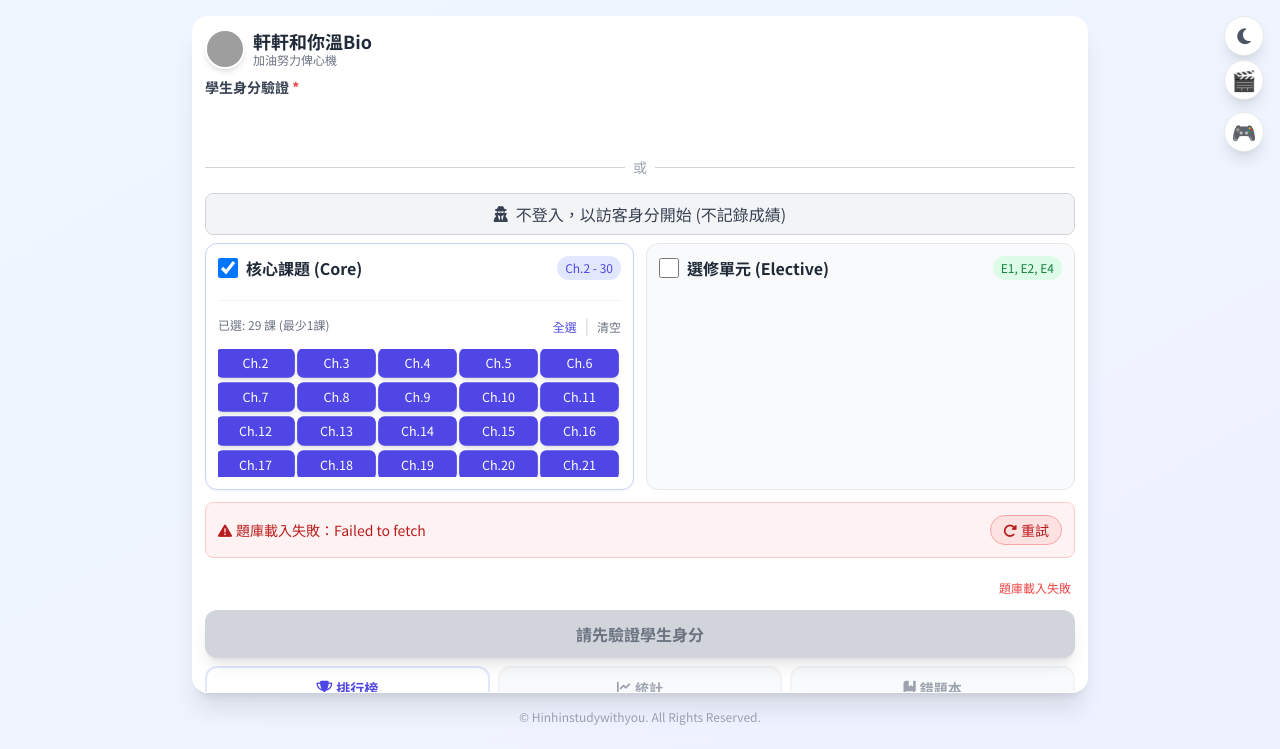
Repository: sohinrick-spec/hinhinstudywithyou
Page: index.html
The author's editor kept a copy of each file at every save. The page is drawn from the files as they stood at one save, then again after the next save.
The browser window is 1280 px wide. The pictures show the whole page.
Pictures or frames that could not be fetched are drawn as grey boxes. The page's requests for data from a server got no answer. Some web libraries are served in a nearby version.

Above is the page before, as saved 2026-06-21 18:26:30.

### index.html
<!DOCTYPE html>
<html lang="zh-HK">
<head>
  <meta charset="UTF-8">
  <meta name="viewport" content="width=device-width, initial-scale=1.0">
  <title>軒軒陪你溫Bio</title>

  <!-- 🆕 防止瀏覽器快取 HTML，確保用戶每次拿到最新版本檢查邏輯 -->
  <meta http-equiv="Cache-Control" content="no-cache, no-store, must-revalidate">
  <meta http-equiv="Pragma" content="no-cache">
  <meta http-equiv="Expires" content="0">
  <script src="https://unpkg.com/react@18/umd/react.production.min.js" crossorigin></script>
  <script src="https://unpkg.com/react-dom@18/umd/react-dom.production.min.js" crossorigin></script>
  <script src="https://unpkg.com/@babel/standalone@7.24.0/babel.min.js"></script>
  <script src="https://cdn.tailwindcss.com"></script>
  <script>
    tailwind.config = {
      darkMode: 'class',
      future: { hoverOnlyWhenSupported: true }
    }
  </script>
  <link rel="stylesheet" href="https://cdnjs.cloudflare.com/ajax/libs/font-awesome/6.4.0/css/all.min.css">
<script src="https://unpkg.com/framer-motion@10.18.0/dist/framer-motion.umd.min.js"></script>
  <script src="https://accounts.google.com/gsi/client" async defer></script>

  <style>
    @import url('https://fonts.googleapis.com/css2?family=Noto+Sans+TC:wght@300;400;500;700&display=swap');
    body { font-family: 'Noto Sans TC', sans-serif; }
    .glass-panel {
      background: rgba(255, 255, 255, 0.95);
      backdrop-filter: blur(10px);
      border: 1px solid rgba(255, 255, 255, 0.2);
    }
    .dark body { background-color: #111827; color: #f3f4f6; }
    .dark .glass-panel {
      background: rgba(31, 41, 55, 0.95);
      border: 1px solid rgba(75, 85, 99, 0.5);
    }
    .custom-scrollbar::-webkit-scrollbar { width: 6px; }
    .custom-scrollbar::-webkit-scrollbar-track { background: #f1f1f1; border-radius: 4px; }
    .custom-scrollbar::-webkit-scrollbar-thumb { background: #c7c7c7; border-radius: 4px; }
    .custom-scrollbar::-webkit-scrollbar-thumb:hover { background: #a8a8a8; }
    .dark .custom-scrollbar::-webkit-scrollbar-track { background: #1f2937; }
    .dark .custom-scrollbar::-webkit-scrollbar-thumb { background: #4b5563; }
    .dark .custom-scrollbar::-webkit-scrollbar-thumb:hover { background: #6b7280; }
    body.logged-in #credential_picker_container,
    body.logged-in iframe[src*="accounts.google.com"],
    body.logged-in .S97_PB-IFa7d {
      display: none !important;
      visibility: hidden !important;
      pointer-events: none !important;
      opacity: 0 !important;
    }
    @keyframes skeleton-pulse {
      0%, 100% { opacity: 1; }
      50% { opacity: 0.45; }
    }
    .skeleton-pulse { animation: skeleton-pulse 1.4s ease-in-out infinite; }

    @keyframes progress-shine {
      0% { background-position: -200% 0; }
      100% { background-position: 200% 0; }
    }
    .progress-shine {
      background: linear-gradient(90deg,
        rgba(255,255,255,0) 0%,
        rgba(255,255,255,0.4) 50%,
        rgba(255,255,255,0) 100%);
      background-size: 200% 100%;
      animation: progress-shine 2s linear infinite;
    }

    @keyframes spin-once {
      from { transform: rotate(0deg); }
      to   { transform: rotate(360deg); }
    }
    .spin-once { animation: spin-once 0.6s ease-in-out; }

    @keyframes bubble-pop {
      0%   { transform: scale(0); opacity: 0; }
      60%  { transform: scale(1.3); opacity: 1; }
      100% { transform: scale(1); opacity: 1; }
    }
    .bubble-pop { animation: bubble-pop 0.4s ease-out; }
    @keyframes rainbow-border {
      0%   { border-color: #f87171; box-shadow: 0 0 0 2px #f87171; }
      16%  { border-color: #fb923c; box-shadow: 0 0 0 2px #fb923c; }
      33%  { border-color: #facc15; box-shadow: 0 0 0 2px #facc15; }
      50%  { border-color: #4ade80; box-shadow: 0 0 0 2px #4ade80; }
      66%  { border-color: #60a5fa; box-shadow: 0 0 0 2px #60a5fa; }
      83%  { border-color: #c084fc; box-shadow: 0 0 0 2px #c084fc; }
      100% { border-color: #f87171; box-shadow: 0 0 0 2px #f87171; }
    }
    @keyframes correct-flash {
      0%   { border-color: #4ade80; box-shadow: 0 0 0 3px #4ade80; }
      100% { border-color: transparent; box-shadow: none; }
    }
    .combo-border-correct {
      animation: correct-flash 0.6s ease-out forwards;
    }
    .combo-border-rainbow {
      animation: rainbow-border 1.5s linear infinite;
    }
  </style>
</head>
<body>
<div id="root"></div>

<!--
  ============================================================
  Source files — loaded in dependency order
  Edit the corresponding src/*.js file, not this index.html
  ============================================================

  src/version-check.js   — 版本檢查系統 (vanilla JS, runs immediately)
  src/config.js          — CONFIG, constants, SHOP_ITEMS, etc.
  src/utils.js           — Pure utility functions + image cache
  src/api.js             — GAS API service object
  src/toast.js           — Toast context + ToastProvider
  src/hooks.js           — All custom React hooks
  src/components.js      — Shared UI components + chart components
  src/screens.js         — StartScreen, FlashCard, Leaderboard,
                           Stats, WrongBook, Shop, Result screens
  src/assignment-screens.js — AssignmentAdminScreen,
                              AssignmentReportScreen
  src/daily-quest.js     — DailyQuestPanel component
  src/app.js             — BiologyFlashcardApp + Root + ReactDOM.render
  src/notification.js    — Daily 08:15 HKT push notification (vanilla JS)
-->

<!-- Version check — vanilla JS, must run before React boots -->
<script src="src/version-check.js"></script>

<!-- All React code compiled together by Babel standalone -->
<script type="text/babel" data-presets="react,env" src="src/config.js"></script>
<script type="text/babel" data-presets="react,env" src="src/utils.js"></script>
<script type="text/babel" data-presets="react,env" src="src/api.js"></script>
<script type="text/babel" data-presets="react,env" src="src/toast.js"></script>
<script type="text/babel" data-presets="react,env" src="src/hooks.js"></script>
<script type="text/babel" data-presets="react,env" src="src/components.js"></script>
<script type="text/babel" data-presets="react,env" src="src/screens.js"></script>
<script type="text/babel" data-presets="react,env" src="src/assignment-screens.js"></script>
<script type="text/babel" data-presets="react,env" src="src/daily-quest.js"></script>
<script type="text/babel" data-presets="react,env" src="src/app.js"></script>

<!-- Notification scheduler — vanilla JS, runs after page load -->
<script src="src/notification.js"></script>

</body>
</html>

### src/notification.js
/* ============================================================
 * 每天 HKT 08:15 提醒做 Bio（需瀏覽器 Notification API 支援）
 * ============================================================ */
(function () {
  if (!('Notification' in window)) return; // 不支援則靜默退出
  /* 請求通知權限（延遲 3 秒，避免一進頁面就彈） */
  function askPermission() {
    /* 觸發通知，並排程明天同一時間 */
    if (Notification.permission === 'default') {
      Notification.requestPermission();
    }
  }
  // [修復] 移除 setTimeout(askPermission, 3000); 以防被瀏覽器阻擋
  // 改為暴露到全域，請在 React 內的「開始練習」或「登入」按鈕 onClick 事件中呼叫 window.askPermission()
  window.askPermission = askPermission;
  /* 計算距離「今天 HKT 08:15」還有多少毫秒 */
  function msUntilNext815HKT() {
    const now = new Date();
    /* 用 Intl 取香港現在時間的時/分，避免時區換算錯誤 */
    const hktParts = new Intl.DateTimeFormat('en-HK', {
      timeZone: 'Asia/Hong_Kong',
      hour: 'numeric', minute: 'numeric', second: 'numeric',
      hour12: false
    }).formatToParts(now);
    const hktH = parseInt(hktParts.find(p => p.type === 'hour').value);
    const hktM = parseInt(hktParts.find(p => p.type === 'minute').value);
    const hktS = parseInt(hktParts.find(p => p.type === 'second').value);
    const targetMinutes = 8 * 60 + 15; // 08:15
    const nowMinutes = hktH * 60 + hktM;
    let diffMs = (targetMinutes - nowMinutes) * 60 * 1000 - hktS * 1000;
    if (diffMs <= 0) diffMs += 24 * 60 * 60 * 1000; // 已過了今天，等明天
    return diffMs;
  }
  /* 觸發通知，並排程明天同一時間 */
  function fireNotification() {
    if (Notification.permission === 'granted') {
      new Notification('軒軒陪你溫Bio ⏰', {
        body: '是時候了！做Bio！',
        icon: 'favicon.ico',
        tag: 'daily-bio-reminder', // 防止重複疊加
        renotify: true,
      });
    }
    // 24 小時後再觸發
    setTimeout(fireNotification, 24 * 60 * 60 * 1000);
  }
  // 等到下一個 HKT 08:15 才第一次觸發
  const delay = msUntilNext815HKT();
  console.log(`[Bio提醒] 距離下次提醒：${Math.round(delay / 60000)} 分鐘`);
  setTimeout(fireNotification, delay);
})();

### src/api.js
/* ============================================================================
 * 【區塊 3】API SERVICE
 * ============================================================================ */

  const api = {
  async fetchQuestions() {
    const res = await fetch(CONFIG.QUESTION_API_URL);
    return res.json();
  },
  async fetchLeaderboard() {
    const res = await fetch(CONFIG.GOOGLE_SCRIPT_URL);
    return res.json();
  },
  async submitGame({ name, score, total, time, doubleXPActive, scope }) {
    return fetch(CONFIG.GOOGLE_SCRIPT_URL, {
      method: "POST",
      headers: { "Content-Type": "text/plain;charset=utf-8" },
      body: JSON.stringify({
        action: "submit_game",
        name, score, total, time,
        mode: CONFIG.GAME_MODE,
        doubleXPActive, scope
      })
    });
  },
  async buyItem({ name, item, cost }) {
    const res = await fetch(CONFIG.GOOGLE_SCRIPT_URL, {
      method: "POST",
      headers: { "Content-Type": "text/plain;charset=utf-8" },
      body: JSON.stringify({ action: "buy_item", name, item, cost })
    });
    return res.json();
  },
  syncUser({ name, skipCards }) {
    return fetch(CONFIG.GOOGLE_SCRIPT_URL, {
      method: 'POST',
      headers: { 'Content-Type': 'text/plain;charset=utf-8' },
      body: JSON.stringify({ action: 'sync_user', name, skipCards })
    });
  },
  async claimQuestReward({ name, coins, xp }) {
    const res = await fetch(CONFIG.GOOGLE_SCRIPT_URL, {
      method: 'POST',
      headers: { 'Content-Type': 'text/plain;charset=utf-8' },
      body: JSON.stringify({ action: 'wrongbook_reward', name, coins, xp })
    });
    return res.json();
  },
  wrongBookReward({ name }) {
    return fetch(CONFIG.GOOGLE_SCRIPT_URL, {
      method: 'POST',
      headers: { 'Content-Type': 'text/plain;charset=utf-8' },
      body: JSON.stringify({ action: 'wrongbook_reward', name, coins: 2, xp: 2 })
    });
  },
  /* 🆕 老師任務相關 API */
  async createAssignment(payload) {
    const res = await fetch(CONFIG.GOOGLE_SCRIPT_URL, {
      method: 'POST',
      headers: { 'Content-Type': 'text/plain;charset=utf-8' },
      body: JSON.stringify({ action: 'create_assignment', ...payload })
    });
    return res.json();
  },
  async submitAssignment(payload) {
    return fetch(CONFIG.GOOGLE_SCRIPT_URL, {
      method: 'POST',
      headers: { 'Content-Type': 'text/plain;charset=utf-8' },
      body: JSON.stringify({ action: 'submit_assignment', ...payload })
    });
  },
  async getAssignmentReport(assignmentId) {
    const res = await fetch(CONFIG.GOOGLE_SCRIPT_URL, {
      method: 'POST',
      headers: { 'Content-Type': 'text/plain;charset=utf-8' },
      body: JSON.stringify({ action: 'get_assignment_report', assignmentId })
    });
    return res.json();
  },
  async toggleAssignment(assignmentId, active) {
    return fetch(CONFIG.GOOGLE_SCRIPT_URL, {
      method: 'POST',
      headers: { 'Content-Type': 'text/plain;charset=utf-8' },
      body: JSON.stringify({ action: 'toggle_assignment', assignmentId, active })
    });
  },
  async updateAssignment(payload) {
    const res = await fetch(CONFIG.GOOGLE_SCRIPT_URL, {
      method: 'POST',
      headers: { 'Content-Type': 'text/plain;charset=utf-8' },
      body: JSON.stringify({ action: 'update_assignment', ...payload })
    });
    return res.json();
  }
};

### src/toast.js
/* ============================================================================
 * 【區塊 4】TOAST SYSTEM
 * ============================================================================ */

const ToastContext = createContext(() => {});

function ToastProvider({ children }) {
  const [toasts, setToasts] = useState([]);
  const idRef = useRef(0);

  const showToast = useCallback((message, type = 'info', duration = 3500) => {
    const id = ++idRef.current;
    setToasts(prev => [...prev, { id, message, type }]);
    setTimeout(() => {
      setToasts(prev => prev.filter(t => t.id !== id));
    }, duration);
  }, []);

  const removeToast = useCallback((id) => {
    setToasts(prev => prev.filter(t => t.id !== id));
  }, []);

  return (
    <ToastContext.Provider value={showToast}>
      {children}
      <div className="fixed top-4 right-4 z-[1200] flex flex-col gap-2 items-end pointer-events-none max-w-[90vw]">
        <AnimatePresence>
          {toasts.map(t => {
            const style = TOAST_TYPE_STYLE[t.type] || TOAST_TYPE_STYLE.info;
            return (
              <motion.div
                key={t.id}
                initial={{ x: 400, opacity: 0 }}
                animate={{ x: 0, opacity: 1 }}
                exit={{ x: 400, opacity: 0 }}
                transition={{ type: 'spring', stiffness: 300, damping: 25 }}
                className={`${style.bg} ${style.border} text-white px-4 py-3 rounded-xl shadow-lg border flex items-start gap-3 pointer-events-auto min-w-[260px] max-w-sm`}
              >
                <i className={`fas ${style.icon} text-lg mt-0.5 flex-shrink-0`}></i>
                <div className="flex-1 text-sm leading-snug whitespace-pre-line">{t.message}</div>
                <button onClick={() => removeToast(t.id)} className="text-white/80 hover:text-white flex-shrink-0">
                  <i className="fas fa-times text-xs"></i>
                </button>
              </motion.div>
            );
          })}
        </AnimatePresence>
      </div>
    </ToastContext.Provider>
  );
}

function useToast() { return useContext(ToastContext); }

### src/daily-quest.js
/* ============================================================================
 * 【每日任務面板組件】
 * ============================================================================ */
function DailyQuestPanel({ stats, onClaim, userName, isGuest }) {
  const today = getHKDateString();
  const [open, setOpen] = useState(false);
  const panelRef = useRef(null);

  useEffect(() => {
    if (!open) return;
    function handleOutside(e) {
      if (panelRef.current && !panelRef.current.contains(e.target)) {
        setOpen(false);
      }
    }
    document.addEventListener('mousedown', handleOutside);
    return () => document.removeEventListener('mousedown', handleOutside);
  }, [open]);

  if (!stats || stats.date !== today) return null;
  const completedCount = CONFIG.DAILY_QUESTS.filter(q => q.check(stats)).length;
  const doneCount = CONFIG.DAILY_QUESTS.filter(q => q.check(stats) && !(stats.claimed && stats.claimed[q.id])).length;
  return (
    <div className="mb-3" ref={panelRef}>
      <button
        onClick={() => setOpen(o => !o)}
        className="flex items-center gap-1.5 px-3 py-1.5 rounded-xl bg-yellow-50 dark:bg-yellow-900/30 border border-yellow-200 dark:border-yellow-700 hover:bg-yellow-100 dark:hover:bg-yellow-800/40 transition-all text-sm font-semibold text-yellow-800 dark:text-yellow-300 shadow-sm"
      >
        <span>🗓️</span>
        <span>每日任務</span>
        {doneCount > 0 ? (
          <span className="ml-1 bg-yellow-400 text-white text-[10px] font-bold px-1.5 py-0.5 rounded-full">{doneCount}</span>
        ) : completedCount > 0 ? (
          <span className="ml-1 bg-green-400 text-white text-[10px] font-bold px-1.5 py-0.5 rounded-full">✓</span>
        ) : null}
        <i className={`fas fa-chevron-${open ? 'up' : 'down'} text-xs ml-1 opacity-60 transition-transform duration-300`}></i>
      </button>
      <div style={{ maxHeight: open ? '400px' : '0px', overflow: 'hidden', transition: 'max-height 0.3s ease-in-out' }}>
        <div className="mt-2 glass-panel rounded-xl shadow-lg p-3 border border-yellow-200 dark:border-yellow-700">
          <div className="space-y-2">
            {CONFIG.DAILY_QUESTS.map(q => {
              const done = q.check(stats);
              const claimed = stats.claimed && stats.claimed[q.id];
              return (
                <div key={q.id} className={`flex items-center justify-between p-2.5 rounded-xl border transition-all ${done ? 'bg-yellow-50 dark:bg-yellow-900/20 border-yellow-300 dark:border-yellow-700' : 'bg-gray-50 dark:bg-gray-800 border-gray-200 dark:border-gray-700'}`}>
                  <div className="flex items-center gap-2">
                    <span className="text-lg">{q.icon}</span>
                    <div>
                      <div className={`text-sm font-medium ${claimed ? 'line-through text-gray-400' : 'text-gray-700 dark:text-gray-200'}`}>{q.label}</div>
                      <div className="text-xs text-yellow-600 dark:text-yellow-400">🪙 +{q.reward} 金幣　✨ +100 經驗值</div>
                    </div>
                  </div>
                  {claimed ? (
                    <span className="text-xs text-green-500 font-bold">✅ 已領取</span>
                  ) : done ? (
                    <button onClick={() => onClaim(q)} className="text-xs bg-yellow-400 hover:bg-yellow-500 text-white font-bold px-3 py-1 rounded-lg transition bubble-pop">
                      領取！
                    </button>
                  ) : (
                    <span className="text-xs text-gray-400">未完成</span>
                  )}
                </div>
              );
            })}
          </div>
        </div>
      </div>
    </div>
  );
}


/* ============================================================================
 * 【區塊 8】MAIN APP
 * ============================================================================ */

Loaded but not shown: src/screens.js (2115 lines, source omitted); src/assignment-screens.js (1270 lines, source omitted); src/components.js (971 lines, source omitted); src/app.js (890 lines, source omitted); src/utils.js (631 lines, source omitted); src/hooks.js (480 lines, source omitted); src/config.js (219 lines, source omitted); src/version-check.js (149 lines, source omitted)

After the next save:
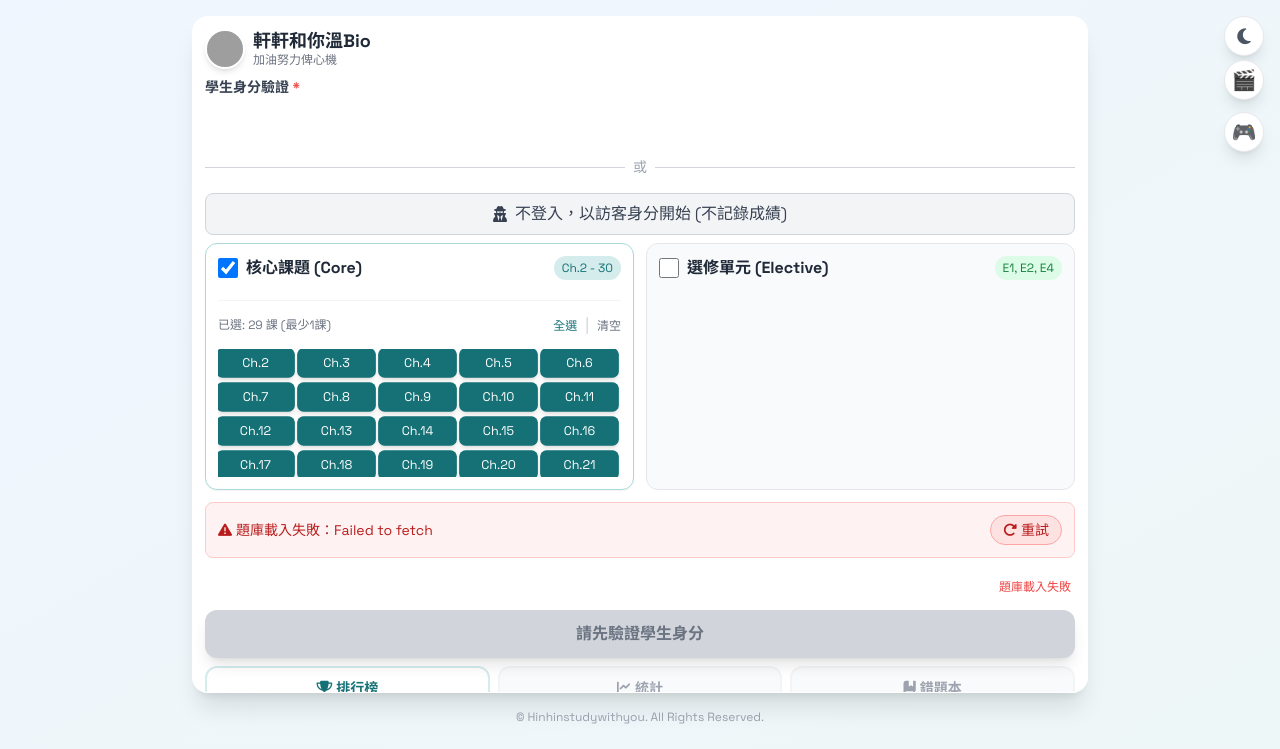
Saved 22 days later.
--- a/index.html
+++ b/index.html
@@ -14,9 +14,54 @@
   <script src="https://unpkg.com/@babel/standalone@7.24.0/babel.min.js"></script>
   <script src="https://cdn.tailwindcss.com"></script>
   <script>
+    /* ============================================================
+     * 🆕 [Stage A] 品牌換色 + 字體
+     *   - indigo → 深青（主色）；purple → 深藍青（次色）
+     *   - 只 remap 這兩個色階；green/red/amber/blue/pink/rose 全部保留預設
+     *   - 全站現有 class（bg-indigo-600、from-indigo-500…）自動套用新色
+     *   - 字體：拉丁字母 Space Grotesk，中文 fallback Noto Sans TC，等寬 JetBrains Mono
+     * ============================================================ */
     tailwind.config = {
       darkMode: 'class',
-      future: { hoverOnlyWhenSupported: true }
+      future: { hoverOnlyWhenSupported: true },
+      theme: {
+        extend: {
+          fontFamily: {
+            sans: ['Space Grotesk', 'Noto Sans TC', 'sans-serif'],
+            mono: ['JetBrains Mono', 'ui-monospace', 'SFMono-Regular', 'monospace']
+          },
+          colors: {
+            /* 主色：深青 (Deep Teal) — 取代原 indigo */
+            indigo: {
+              50:  '#eef7f7',
+              100: '#d4ecec',
+              200: '#a9d9da',
+              300: '#74c0c2',
+              400: '#40a3a6',
+              500: '#1f8a8d',
+              600: '#157175',
+              700: '#135c60',
+              800: '#144a4d',
+              900: '#143d40',
+              950: '#0a2426'
+            },
+            /* 次色：深藍青 (Deep Cerulean) — 取代原 purple；與主色形成協調漸層 */
+            purple: {
+              50:  '#eef4fb',
+              100: '#d8e5f4',
+              200: '#b4cce8',
+              300: '#84aad8',
+              400: '#5285c3',
+              500: '#3468ab',
+              600: '#26548f',
+              700: '#204575',
+              800: '#1e3b61',
+              900: '#1c3352',
+              950: '#111f34'
+            }
+          }
+        }
+      }
     }
   </script>
   <link rel="stylesheet" href="https://cdnjs.cloudflare.com/ajax/libs/font-awesome/6.4.0/css/all.min.css">
@@ -24,8 +69,9 @@
   <script src="https://accounts.google.com/gsi/client" async defer></script>
 
   <style>
-    @import url('https://fonts.googleapis.com/css2?family=Noto+Sans+TC:wght@300;400;500;700&display=swap');
-    body { font-family: 'Noto Sans TC', sans-serif; }
+    /* 🆕 [Stage A] 字體載入：Space Grotesk（拉丁/數字）+ JetBrains Mono（等寬）+ 原 Noto Sans TC（中文） */
+    @import url('https://fonts.googleapis.com/css2?family=Noto+Sans+TC:wght@300;400;500;700&family=Space+Grotesk:wght@400;500;600;700&family=JetBrains+Mono:wght@400;500;700&display=swap');
+    body { font-family: 'Space Grotesk', 'Noto Sans TC', sans-serif; }
     .glass-panel {
       background: rgba(255, 255, 255, 0.95);
       backdrop-filter: blur(10px);
@@ -82,24 +128,32 @@
       100% { transform: scale(1); opacity: 1; }
     }
     .bubble-pop { animation: bubble-pop 0.4s ease-out; }
-    @keyframes rainbow-border {
-      0%   { border-color: #f87171; box-shadow: 0 0 0 2px #f87171; }
-      16%  { border-color: #fb923c; box-shadow: 0 0 0 2px #fb923c; }
-      33%  { border-color: #facc15; box-shadow: 0 0 0 2px #facc15; }
-      50%  { border-color: #4ade80; box-shadow: 0 0 0 2px #4ade80; }
-      66%  { border-color: #60a5fa; box-shadow: 0 0 0 2px #60a5fa; }
-      83%  { border-color: #c084fc; box-shadow: 0 0 0 2px #c084fc; }
-      100% { border-color: #f87171; box-shadow: 0 0 0 2px #f87171; }
-    }
-    @keyframes correct-flash {
-      0%   { border-color: #4ade80; box-shadow: 0 0 0 3px #4ade80; }
-      100% { border-color: transparent; box-shadow: none; }
+
+    /* ============================================================
+     * 🆕 [Stage A] 連擊簽名效果：暈開 / 發光 雙模式
+     *   - combo-border-correct：3~4 連擊，綠色光暈綻放後淡出（bleed）
+     *   - combo-border-rainbow：5+ 連擊，彩虹光暈持續繞邊（glow）
+     * ============================================================ */
+    @keyframes correct-glow {
+      0%   { border-color: #22c55e; box-shadow: 0 0 20px 3px rgba(34,197,94,0.55); }
+      60%  { border-color: #4ade80; box-shadow: 0 0 26px 5px rgba(74,222,128,0.35); }
+      100% { border-color: transparent; box-shadow: 0 0 0 0 rgba(74,222,128,0); }
     }
     .combo-border-correct {
-      animation: correct-flash 0.6s ease-out forwards;
+      animation: correct-glow 0.85s ease-out forwards;
+    }
+
+    @keyframes rainbow-glow {
+      0%   { border-color: #f87171; box-shadow: 0 0 18px 3px rgba(248,113,113,0.55); }
+      16%  { border-color: #fb923c; box-shadow: 0 0 18px 3px rgba(251,146,60,0.55); }
+      33%  { border-color: #facc15; box-shadow: 0 0 18px 3px rgba(250,204,21,0.55); }
+      50%  { border-color: #4ade80; box-shadow: 0 0 18px 3px rgba(74,222,128,0.55); }
+      66%  { border-color: #22d3ee; box-shadow: 0 0 18px 3px rgba(34,211,238,0.55); }
+      83%  { border-color: #818cf8; box-shadow: 0 0 18px 3px rgba(129,140,248,0.55); }
+      100% { border-color: #f87171; box-shadow: 0 0 18px 3px rgba(248,113,113,0.55); }
     }
     .combo-border-rainbow {
-      animation: rainbow-border 1.5s linear infinite;
+      animation: rainbow-glow 1.6s linear infinite;
     }
   </style>
 </head>
